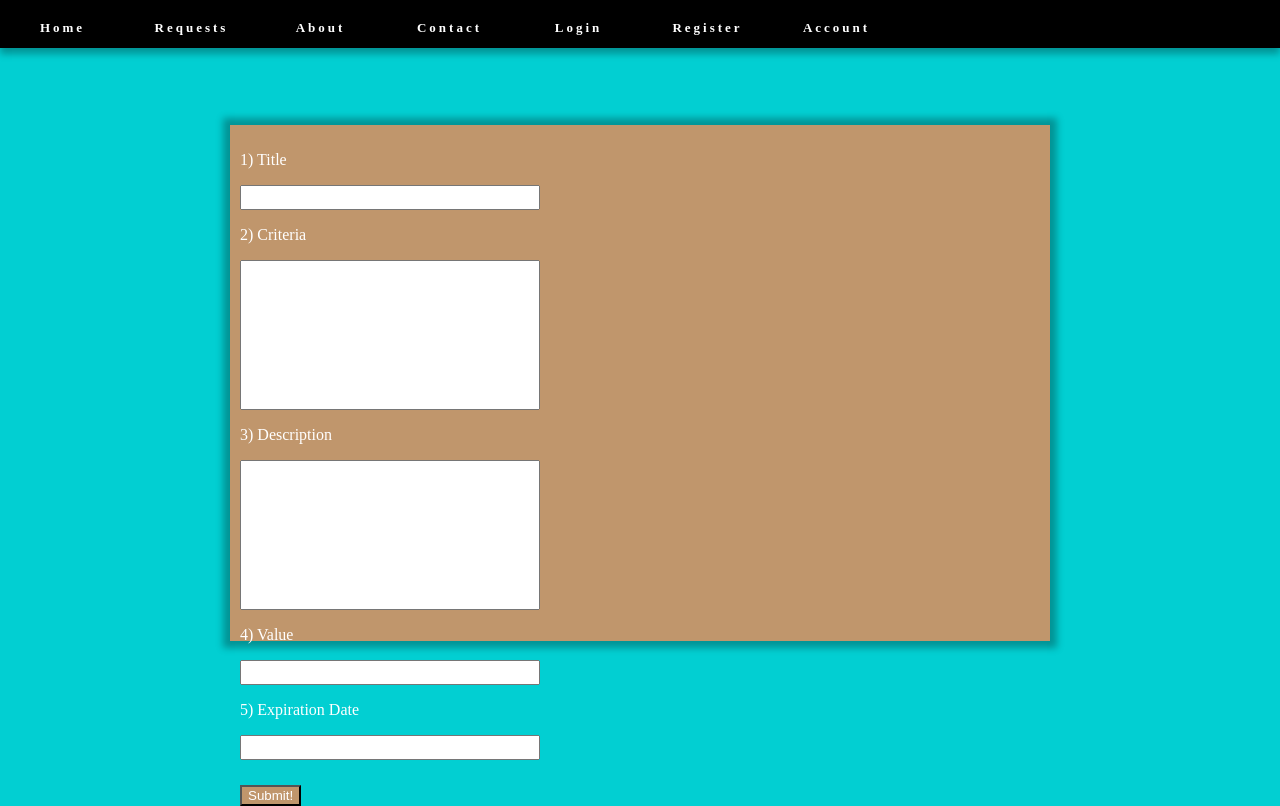
Repository: mailog/Tomorrow
Page: http://localhost/requests
An editor plug-in stored every save of this project. The page is shown before and after the next save, followed by the edit.
The browser window is 1280 px wide. The pictures show the whole page.
The page is this project's Thymeleaf template; nobody is signed in. The template is opened directly, without the code that normally fills it, so the values that code supplies are empty.

Above is the page before, as saved 2017-07-30 03:53:11.

### Tomorrow/src/main/resources/templates/requests.html
<html xmlns:th="http://www.thymeleaf.org">
<head>
<title>Requests</title>
<link rel="stylesheet" type="text/css" href="/css/toolbar.css" />
<link rel="stylesheet" type="text/css" href="/css/requests.css" />
<link rel="stylesheet" type="text/css" href="/css/label.css" />
</head>
<body>

<div class = "toolbar">
	<a href = "/">
		<button class = "tool_button"> Home </button>
	</a>
	<a href = "/requests">
		<button class = "tool_button"> Requests </button>
	</a>
	<a href = "/about">
		<button class = "tool_button"> About </button>
	</a>
	<a href = "/contact">
		<button class = "tool_button"> Contact </button>
	</a>
	<a href = "/login">
		<button class = "tool_button"> Login </button>
	</a>
	<a href = "/register">
		<button class = "tool_button"> Register </button>
	</a>
	<a href = "/account">
		<button class = "tool_button"> Account </button>
	</a>
</div>

<div id = "requests">
	<form class = "form-request" action = "#" th:action = "@{/requests}" th:object="${request}" method = "post">
		<div id = "column1">
			<div class = "label">
				<p>1) Title</p>
			</div>
			<input type = "text" class = "inp_title" th:field = "*{title}"/>
			<div class = "label">
				<p>2) Criteria</p>
			</div>
			<input type = "text" class = "inp_criteria" th:field = "*{criteria}"/>
			<div class = "label">
				<p>3) Description</p>
			</div>
			<input type = "text" class = "inp_description" th:field = "*{description}"/>
		</div>
		<div id = "column2">
			<div class = "label">
				<p>4) Value</p>
			</div>
			<input type = "text" class = "inp_value" th:field = "*{value}"/>
			<div class = "label">
				<p>5) Expiration Date </p>
			</div>
			<input type = "text" class = "inp_expiration" th:field = "*{expiration}"/>
			<button class = "submit_button" value = "Submit"> Submit! </button>
		</div>
	</form>
</div>
</body>
</html>

### Tomorrow/src/main/resources/static/css/toolbar.css
/*------------------STATIC------------------*/
/*------------------------------------------*/

/*-------------------BODY-------------------*/

	body{
		background-color: #02CFD2;
		color: white;
	}


/*------------------------------------------*/

/*---------------TOOLBAR--------------------*/
	.toolbar{
		width:100%;
		height: 48px;
		z-index: 1;
		opacity: 1;
		position: absolute;
		left: 0px;
		top: 0px;
		float: center;
		padding 0 0 0 0;
		margin-left:auto;
		margin-right:auto;
		background-color: black;
		-webkit-box-shadow: 0px 6px 7px 0px rgba(0,0,0,0.29);
		-moz-box-shadow: 0px 6px 7px 0px rgba(0,0,0,0.29);
		box-shadow: 0px 6px 7px 0px rgba(0,0,0,0.29);
	}

	.tool_button{
		height: 35px;
		width: 125px;
		display:inline;
		background-color: black;
		color:white;
		padding: 0px;
		font-family: Browalia-New;
		font-size: 13px;
		font-weight:bold;
		letter-spacing: 3px;
		border:none;
		cursor: pointer;
		margin-top: 10px;
		margin-bottom: 6px;
		margin-right: 0px;
		margin-left: 0px;
		border-bottom-style: none;
		text-decoration:none;
	}

	.tool_button:hover{
		text-decoration:none;
		border-bottom-style: solid;
		border-bottom-width:3px;
		border-bottom-color:#FFFFFF;
	}

	.toolbar a{
		text-decoration:none;
	}

/*------------------------------------------*/

/*-----------------BUTTONS------------------*/
	.introbtn{}

	.tutorialbtn{
	}

	.registerbtn{
	}

/*------------------------------------------*/

/*------------------INFO--------------------*/

/*------------------------------------------*/

### Tomorrow/src/main/resources/static/css/requests.css
#requests
{
	background-color:#C0966C;
	position: relative;
	margin: 125px auto;
	color:white;
	height:496px;
	width: 800px;
	padding: 10px;
	-webkit-box-shadow: 0px 0px 7px 7px rgba(0,0,0,0.29);
	-moz-box-shadow: 0px 0px 7px 7px rgba(0,0,0,0.29);
	box-shadow: 0px 0px 7px 7px rgba(0,0,0,0.29);
}

.inp_title
{
	width: 300px;
	height:25px;
}

.inp_criteria
{
	width: 300px;
	height: 150px;
}

.inp_description
{
	width: 300px;
	height: 150px;
}

.inp_value
{
	width:300px;
	height: 25px;
}

.inp_expiration
{
	width:300px;
	height:25px;
}

.submit_button
{
	margin-top: 25px;
	display:block;
	background-color:#C0966C;
	color: white;
	cursor:pointer;
	text-decoration:none;
}

### Tomorrow/src/main/resources/static/css/label.css
#about
{
	background-color:#C0966C;
	position: relative;
	margin: 125px auto;
	color:white;
	height:496px;
	width: 800px;
	padding: 10px;
	-webkit-box-shadow: 0px 0px 7px 7px rgba(0,0,0,0.29);
	-moz-box-shadow: 0px 0px 7px 7px rgba(0,0,0,0.29);
	box-shadow: 0px 0px 7px 7px rgba(0,0,0,0.29);
}

After the next save:
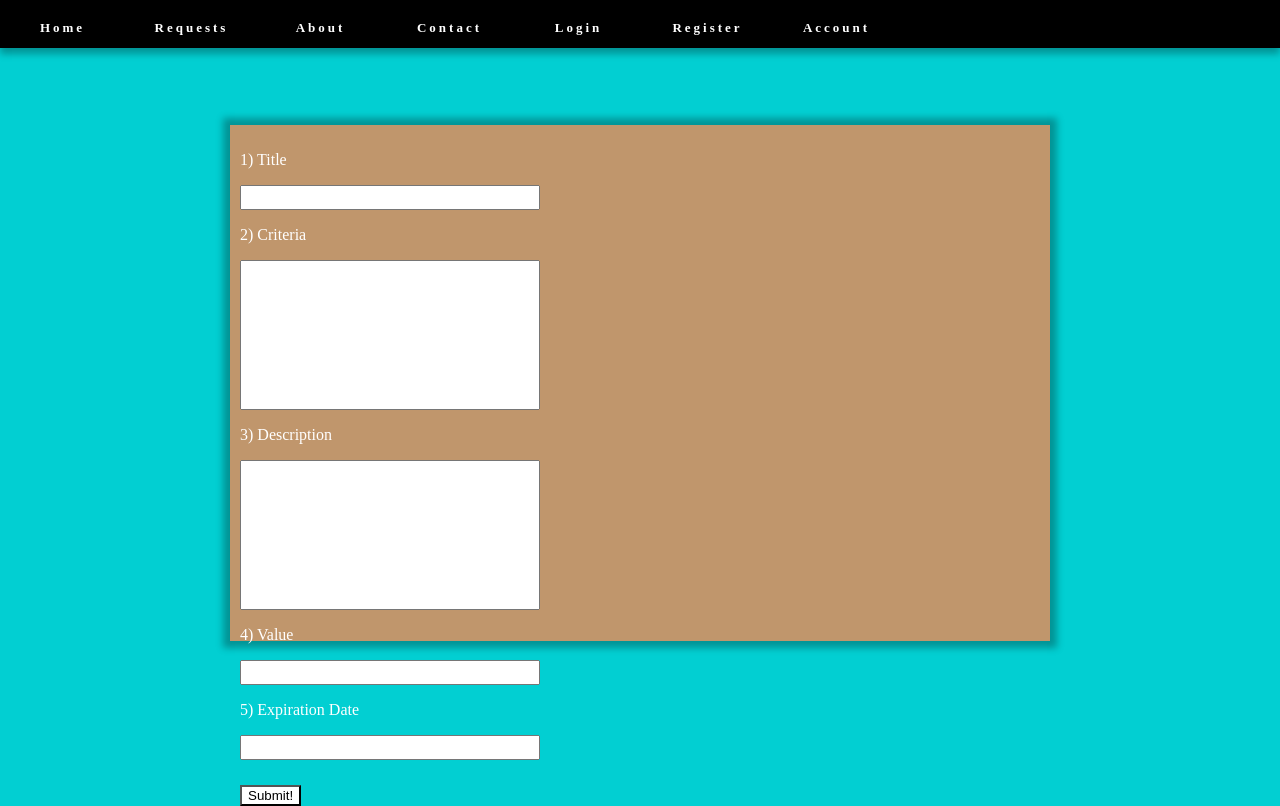
Saved 8 s later.
--- a/Tomorrow/src/main/resources/static/css/requests.css
+++ b/Tomorrow/src/main/resources/static/css/requests.css
@@ -46,8 +46,8 @@
 {
 	margin-top: 25px;
 	display:block;
-	background-color:#C0966C;
-	color: white;
+	background-color:white;
+	color: black;
 	cursor:pointer;
 	text-decoration:none;
 }
